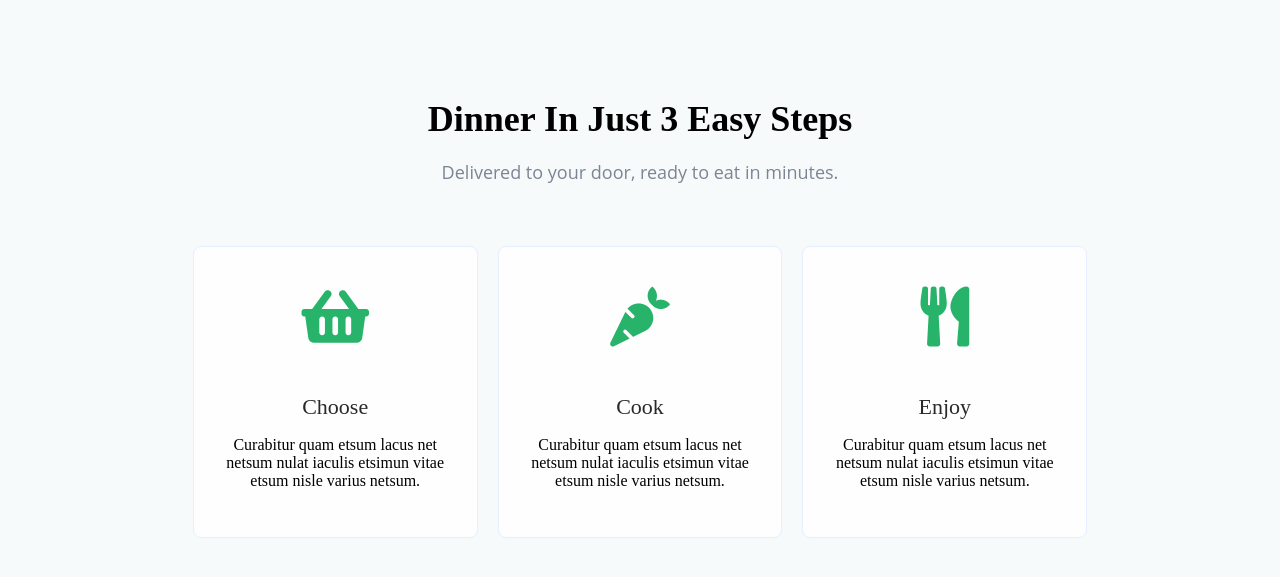
Repository: ST-United-Internship/leadpage
Page: card-UI.html
The author's editor kept a copy of each file at every save. The page is drawn from the files as they stood at one save, then again after a run of saves.
The browser window is 1280 px wide. The pictures show the whole page.

Above is the page before, as saved 2023-03-15 16:06:55.

### card-UI.html
<!DOCTYPE html>
<html lang="en">
<head>
    <meta charset="UTF-8">
    <meta http-equiv="X-UA-Compatible" content="IE=edge">
    <meta name="viewport" content="width=device-width, initial-scale=1.0">
    <title>Document</title>
    <link rel="stylesheet" href="css/card-UI.css">
    <link rel="stylesheet" href="css/common.css">
    <link rel="stylesheet" href="https://use.fontawesome.com/releases/v5.15.4/css/all.css" integrity="sha384-DyZ88mC6Up2uqS4h/KRgHuoeGwBcD4Ng9SiP4dIRy0EXTlnuz47vAwmeGwVChigm" crossorigin="anonymous"/>
</head>
<body>
        <section>
            <!--begin title-->
            <div class="about">
                <div class="row-title">
                    <div class="title-text">
                        <h2>Dinner In Just 3 Easy Steps</h2>
                        <p>Delivered to your door, ready to eat in minutes.</p>
                    </div>
                </div>
            </div>
            <!--begin card-->
            <div class="card-UI">
                <div class="about">
                    <div class="columm">
                        <div class="title-card">
                            <i class="fas fa-shopping-basket"></i>
                            <h3>Choose</h3>
                            <p>Curabitur quam etsum lacus net netsum nulat iaculis etsimun vitae etsum nisle varius netsum.</p>
                        </div>
                        <div class="title-card">
                            <i class="fas fa-carrot"></i>
                            <h3>Cook</h3>
                            <p>Curabitur quam etsum lacus net netsum nulat iaculis etsimun vitae etsum nisle varius netsum.</p>
                        </div>
                        <div class="title-card">
                            <i class="fas fa-utensils"></i>
                            <h3>Enjoy</h3>
                            <p>Curabitur quam etsum lacus net netsum nulat iaculis etsimun vitae etsum nisle varius netsum.</p>
                        </div>
                    </div>
                </div>
            </div>
        </section>
</body>
</html>

### css/card-UI.css
body{
    background: #f7fafa;
}

section{
    background: #f7fafa;
    padding: 90px 0 100px 0;
}

.about{
    background-color: #f7fafa;
}

.row-title{
    text-align: center;
}
 .title-text{
    text-align: center;
    /* margin-right: -15px;
    margin-left: -15px; */
}

.about .row-title .title-text h2{
    font-size: 36px;
    margin-bottom: 10px;
    margin-top: 0px;
}

.about .row-title .title-text p{
    font-size: 18px;
    line-height: 28px;
    font-weight: 400;
    color: #7c8595;
    margin-bottom: 15px;
    font-family: 'Open Sans', sans-serif;
}

.card-UI{
    position: relative;
}

.card-UI .about .columm{
    display: flex;
    justify-content: center;
}

.title-card{
    position: relative;
    margin: 45px 10px 5px 10px;
    padding: 40px 15px 32px 15px;
    overflow: hidden;
    text-align: center;
    border: 1px solid #e5efff;
    background-color: #fefefe;
    border-radius: 8px 8px;
    transition: all 1s;
    width: 20%;
    height: 50%;

}

.title-card:hover{
    border: 1px solid #27b36a;
    transform: scale(1.05, 1.05);
}

.columm::after, ::before{
    box-sizing: border-box;
}

.card-UI .about .columm .title-card i{
    margin-bottom: 25px;
    font-size: 60px;
    color: #27b36a;
}

.card-UI .about .columm .title-card h3{
    font-size: 22px;
    font-weight: 500;
    color: #292929;
    margin-bottom: 15px;
}

.card-UI .about .columm .title-card p{
    padding: 0 10px;
    margin-bottom: 15px
}


@media only screen and (max-width:1000px) {

    .about{
        width: auto;
        align-items: center;
    }
    .columm{
        /* width: auto; */
        flex-direction: column;
        justify-content: center;
        align-items: center;
        text-align: center;
        margin: 0px 0px 0px 0px;
        padding: 30px;
    }
    .title-card{
        width: auto;
    }
}

### css/common.css
.container {
  max-width: 80%;
  margin: auto;
  border: 1px solid blue;
}
.card {
  width: 400px;
}
.space-vertical {
  padding: 20px 0;
}

.space-horizontal {
  padding: 0 20px;
}

*,
**,
*::before,
*::after {
  box-sizing: border-box;
}

After the next 2 saves:
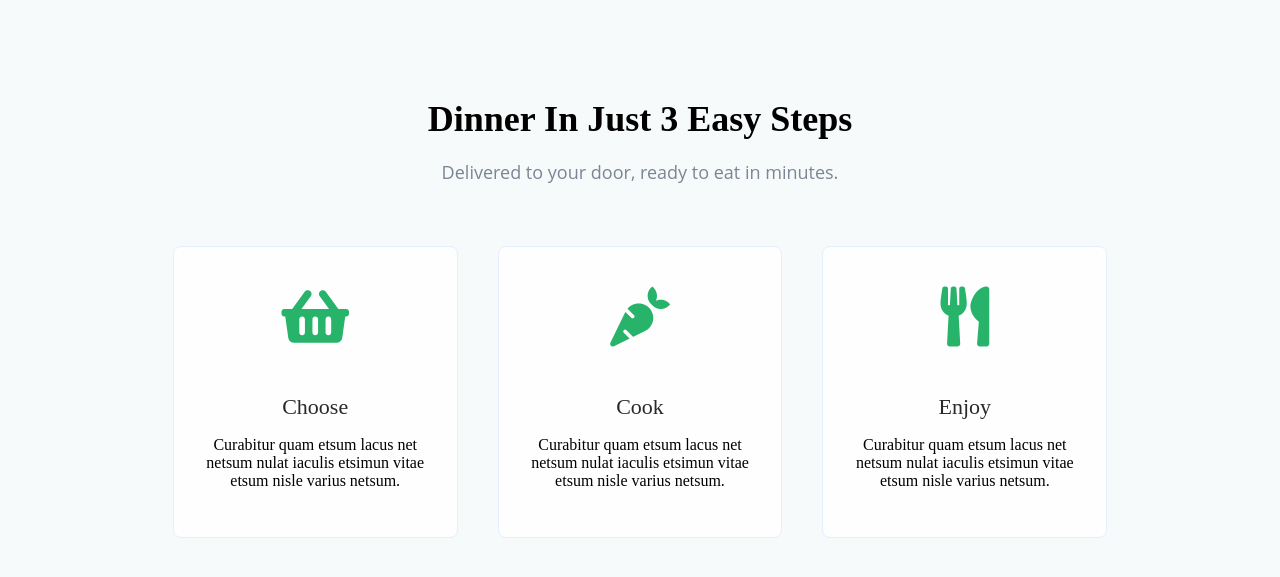
The 2 saves are shown as one change because they came seconds apart.
The last was saved 82 s later.
--- a/css/card-UI.css
+++ b/css/card-UI.css
@@ -46,7 +46,7 @@ section{
 
 .title-card{
     position: relative;
-    margin: 45px 10px 5px 10px;
+    margin: 45px 20px 5px 20px;
     padding: 40px 15px 32px 15px;
     overflow: hidden;
     text-align: center;
